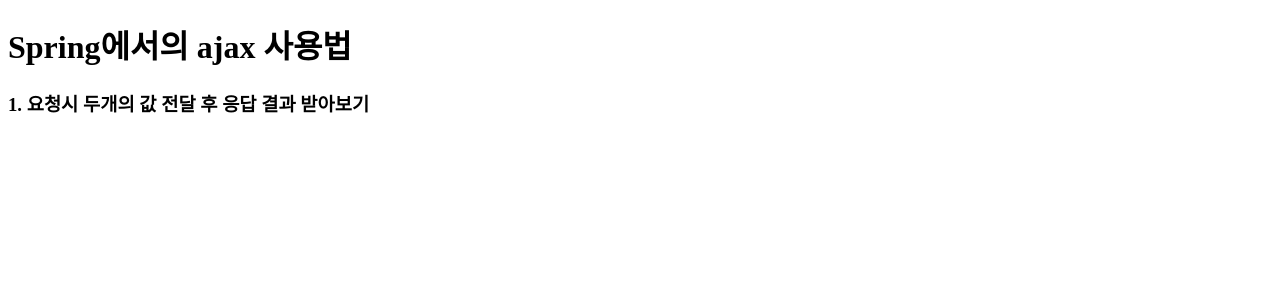
Repository: alsrnr45/SpringStudying
Page: http://localhost/ajaxProject/
These files come from the project's save history. The page is drawn as it stood at one moment and after the next save; the edit follows.
The browser window is 1280 px wide. The pictures show the whole page.
The page is served by Tomcat 9. Other server files are loaded and not shown.

Above is the page before, as saved 2021-06-03 03:04:18.

### ajaxProject/src/main/webapp/index.jsp
<%@ page language="java" contentType="text/html; charset=UTF-8"
    pageEncoding="UTF-8"%>
<%@ taglib prefix="c" uri="http://java.sun.com/jsp/jstl/core" %>
<!DOCTYPE html>
<html>
<head>
<meta charset="UTF-8">
<title>Insert title here</title>
<!-- jQuery 라이브러리 -->
<script src="https://ajax.googleapis.com/ajax/libs/jquery/3.4.1/jquery.min.js"></script>
</head>
<body>
	<h1> Spring에서의 ajax 사용법</h1>

	<h3> 1. 요청시 두개의 값 전달 후 응답 결과 받아보기</h3>

</body>
</html>

After the next save:
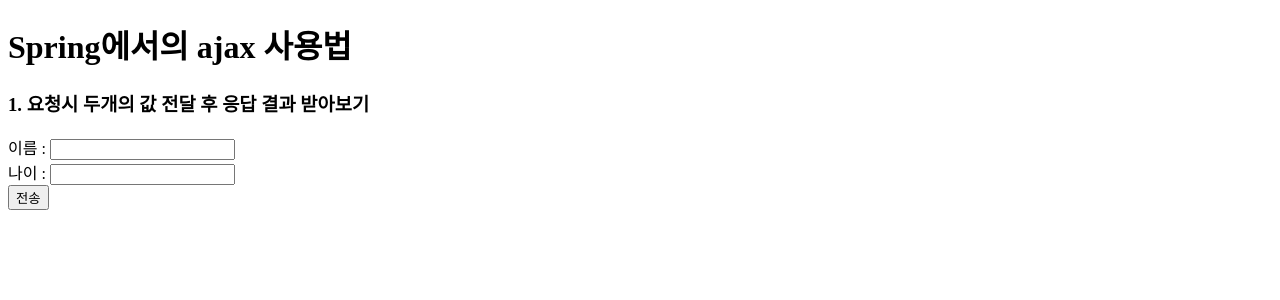
Saved 111 s later.
--- a/ajaxProject/src/main/webapp/index.jsp
+++ b/ajaxProject/src/main/webapp/index.jsp
@@ -13,6 +13,10 @@
 	<h1> Spring에서의 ajax 사용법</h1>
 
 	<h3> 1. 요청시 두개의 값 전달 후 응답 결과 받아보기</h3>
+	이름 : <input type="text" id="name"> <br>
+	나이 : <input type="number" id="age"> <br>
+	<button id="btn1">전송</button>
+
 
 </body>
 </html>
